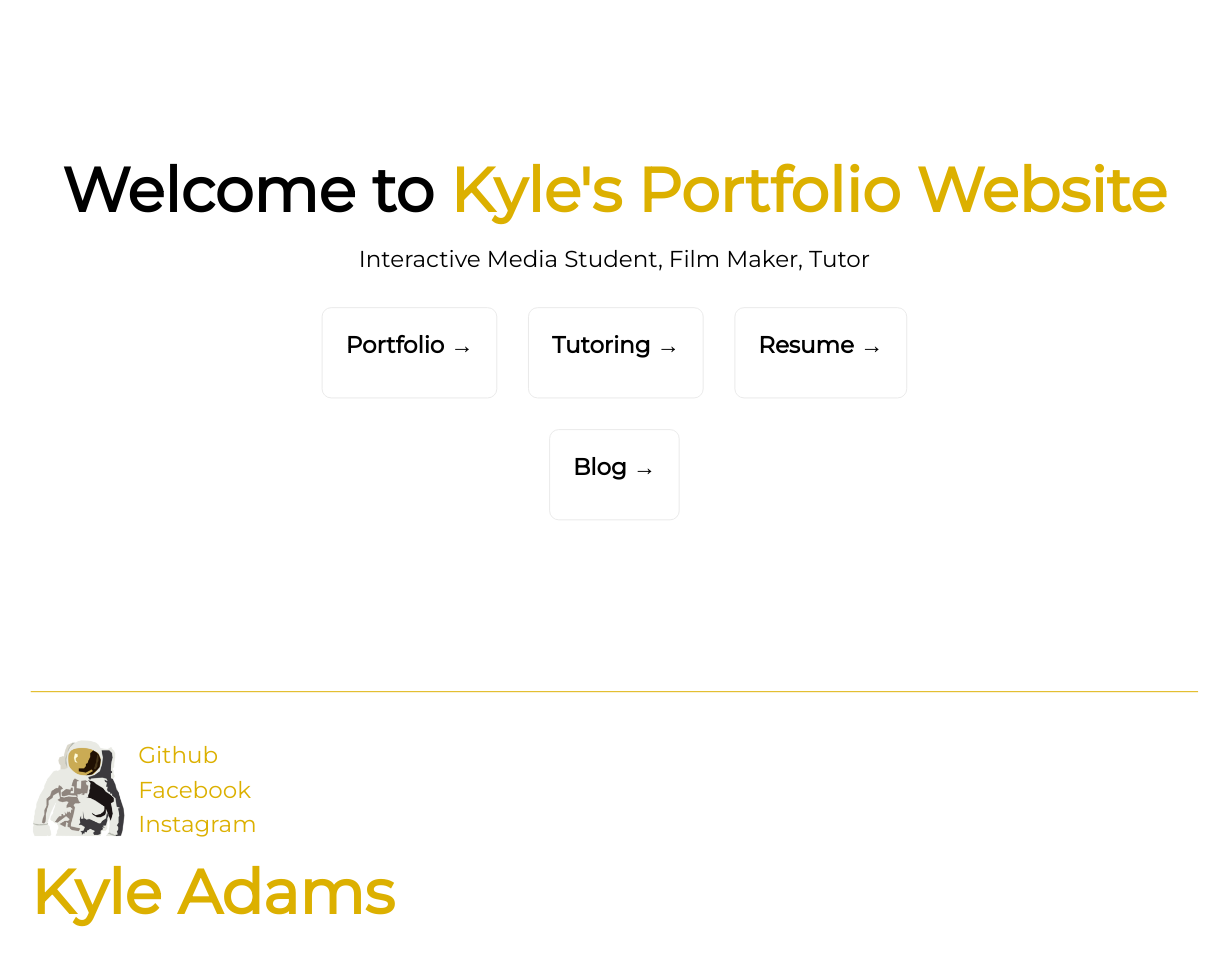
Repository: neomort/CL-portfolio-site
Page: /
The author's editor kept a copy of each file at every save. The page is drawn from the files as they stood at one save, then again after the next save.
The browser window is 1280 px wide. The pictures show the whole page, at 96% of full size.
The project was rebuilt for these pictures with package versions that can differ from the ones it lists, and the page was loaded fresh each time. The framework's server and built-in components were replaced by stand-ins that run in the browser. Also part of the build but not shown: next.config.js.

Above is the page before, as saved 2021-12-14 15:05:31.

### pages/_document.js
import Document, { Html, Head, Main, NextScript } from 'next/document'

class MyDocument extends Document {


  render() {
    return (
      <Html>
        <Head>
        <link rel="apple-touch-icon" sizes="180x180" href="/images/favicons/apple-touch-icon.png" />
        <link rel="icon" type="image/png" sizes="32x32" href="/images/favicons/favicon-32x32.png" />
        <link rel="icon" type="image/png" sizes="16x16" href="/images/favicons/favicon-16x16.png" />
        <link rel="manifest" href="/images/favicons//site.webmanifest" />
        <link rel="mask-icon" href="/safari-pinned-tab.svg" color="#5bbad5" />
        <meta name="msapplication-TileColor" content="#da532c" />
        <meta name="theme-color" content="#ffffff"></meta>

        <link href="https://fonts.googleapis.com/css2?family=Montserrat:wght@400&display=swap" rel="stylesheet"/>
        </Head>

        <body>
          <Main />
          <NextScript />
        </body>
      </Html>
    )
  }
}

export default MyDocument

### pages/index.js
import Head from 'next/head'
import Image from 'next/image'
import styles from '../styles/Home.module.css'

export default function Home() {
  return (
    <div className={styles.container}>
      <Head>
        <title>Kyle's Portfolio</title>
        <meta name="description" content="If you are reading this you are really impressive" />

      </Head>

      <main className={styles.main}>
        <h1 className={styles.title}>
          Welcome to <a href="https://kyleadams.com/">Kyle's Portfolio Website</a>
        </h1>

        <p className={styles.description}>
        Interactive Media Student, Film Maker, Tutor
        </p>



        <div className={styles.grid}>
          <a href="https://nextjs.org/docs" className={styles.card}>
            <h2>Portfolio &rarr;</h2>
            <p></p>
          </a>

          <a href="https://nextjs.org/learn" className={styles.card}>
            <h2>Tutoring &rarr;</h2>
            <p></p>
          </a>

          <a
            href="https://github.com/vercel/next.js/tree/master/examples"
            className={styles.card}
          >
            <h2>Resume &rarr;</h2>
            <p></p>
          </a>

          <a
            href="https://vercel.com/new?utm_source=create-next-app&utm_medium=default-template&utm_campaign=create-next-app"
            className={styles.card}
          >
            <h2>Blog &rarr;</h2>
            <p>

            </p>
          </a>
        </div>
      </main>

      <footer className={styles.footer}>
        <div className={styles.div-2}>
        <a
          href="https://kyleadams.com/"
          target="_blank"
          rel="noopener noreferrer"
        >

          <span className={styles.logo}>
            <Image src="/images/favicons/apple-touch-icon.png" alt="Spaceman" width={100} height={100} />
          </span>
          <span>
            <p className={styles.description}>

          <a href="https://github.com/neomort">Github</a>
          <a href="https://github.com/neomort">Facebook</a>
          <a href="https://github.com/neomort">Instagram</a>
          {/* <code className={styles.code}>this is code</code> */}
          </p>
          </span>
        </a>
        <h1 className={styles.title}>
        <a href="https://kyleadams.com/">
          Kyle Adams
        </a>
        </h1>

        </div>
      </footer>
    </div>
  )
}

### styles/globals.css
html,
body {
  padding: 0;
  margin: 0;
  font-family: 'Montserrat', sans-serif;
}

a {
  color: inherit;
  text-decoration: none;
}

* {
  box-sizing: border-box;
}

### styles/Home.module.css
.container {
  padding: 0 2rem;
}

.main {
  min-height: 100vh;
  padding: 2rem 0;
  flex: 1;
  display: flex;
  flex-direction: column;
  justify-content: center;
  align-items: center;
}

.footer {
  display: flex;
  flex: 1;
  padding: 2rem 0;
  border-top: 1px solid #dcb000;
  justify-content: left;
  align-items: center;
}

.footer a {
  display: flex;
  justify-content: left;
  align-items: center;
  flex-grow: 1;
}

.title a {
  color: #dcb000;
  text-decoration: none;
}

.title a:hover,
.title a:focus,
.title a:active {
  text-decoration: underline;
}

.title {
  margin: 0;
  line-height: 1.15;
  font-size: 4rem;
}

.title,
.description {
  text-align: center;
}

.description {
  margin: 1rem 0;
  line-height: 1.5;
  font-size: 1.5rem;
}

.description a{
  padding-left: 0.75rem;
  color: #dcb000;
  text-decoration: none;
}

.code {
  background: #fafafa;
  border-radius: 5px;
  padding: 0.75rem;
  font-size: 1.1rem;
  font-family: Menlo, Monaco, Lucida Console, Liberation Mono, DejaVu Sans Mono,
    Bitstream Vera Sans Mono, Courier New, monospace;
}

.grid {
  display: flex;
  align-items: center;
  justify-content: center;
  flex-wrap: wrap;
  max-width: 800px;
}

.card {
  margin: 1rem;
  padding: 1.5rem;
  text-align: left;
  color: inherit;
  text-decoration: none;
  border: 1px solid #eaeaea;
  border-radius: 10px;
  transition: color 0.15s ease, border-color 0.15s ease;
  max-width: 300px;
}

.card:hover,
.card:focus,
.card:active {
  color: #0070f3;
  border-color: #0070f3;
}

.card h2 {
  margin: 0 0 1rem 0;
  font-size: 1.5rem;
}

.card p {
  margin: 0;
  font-size: 1.25rem;
  line-height: 1.5;
}

.logo {


}

.grid-2 {
  width: 100%;
  flex-direction: column;
}

@media (max-width: 600px) {
  .grid {
    width: 100%;
    flex-direction: column;
  }
}

Loaded but not shown: pages/_app.js (common file)

After the next save:
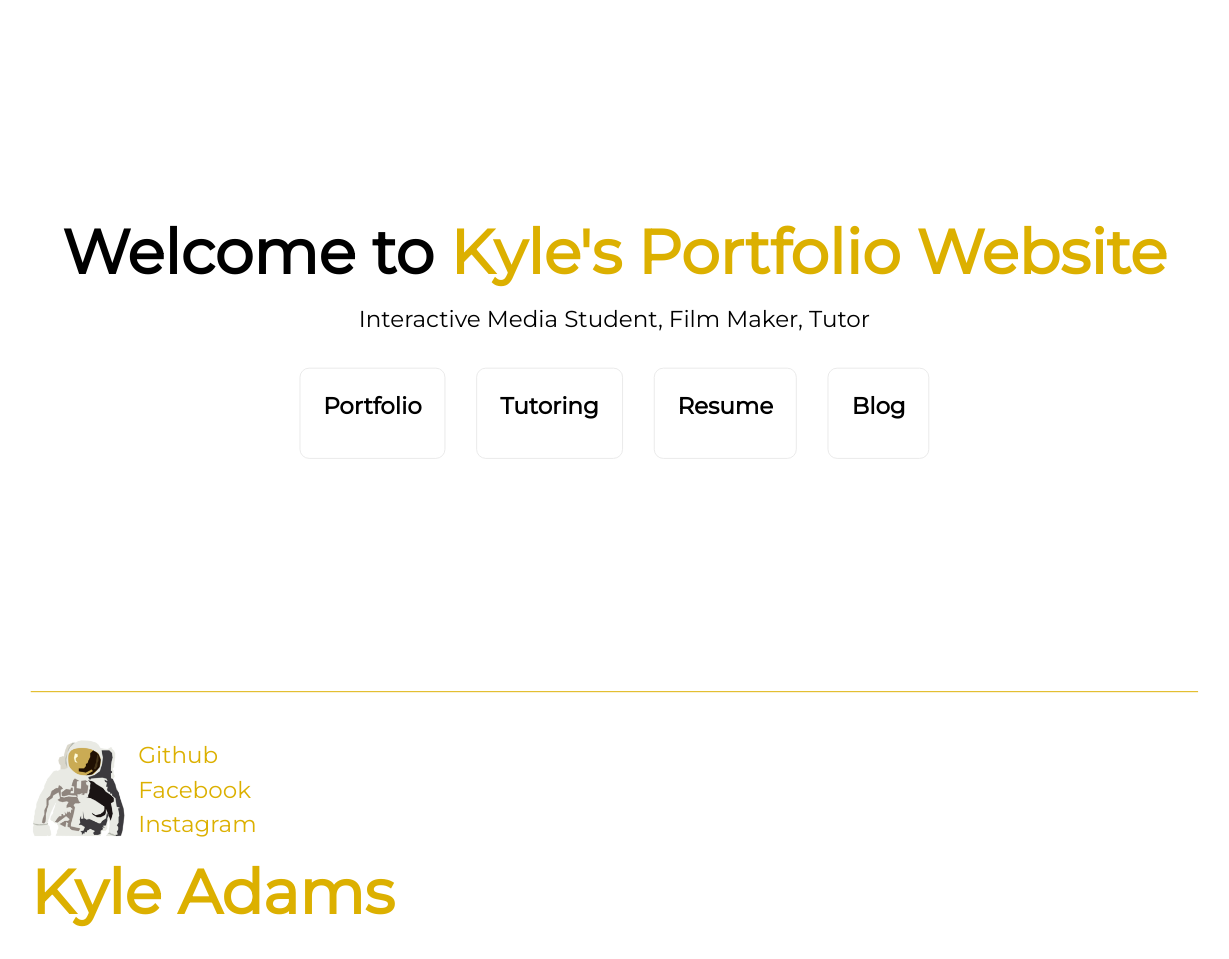
Saved 111 s later.
--- a/pages/index.js
+++ b/pages/index.js
@@ -24,12 +24,12 @@ export default function Home() {
 
         <div className={styles.grid}>
           <a href="https://nextjs.org/docs" className={styles.card}>
-            <h2>Portfolio &rarr;</h2>
+            <h2>Portfolio</h2>
             <p></p>
           </a>
 
           <a href="https://nextjs.org/learn" className={styles.card}>
-            <h2>Tutoring &rarr;</h2>
+            <h2>Tutoring</h2>
             <p></p>
           </a>
 
@@ -37,7 +37,7 @@ export default function Home() {
             href="https://github.com/vercel/next.js/tree/master/examples"
             className={styles.card}
           >
-            <h2>Resume &rarr;</h2>
+            <h2>Resume</h2>
             <p></p>
           </a>
 
@@ -45,7 +45,7 @@ export default function Home() {
             href="https://vercel.com/new?utm_source=create-next-app&utm_medium=default-template&utm_campaign=create-next-app"
             className={styles.card}
           >
-            <h2>Blog &rarr;</h2>
+            <h2>Blog</h2>
             <p>
 
             </p>
